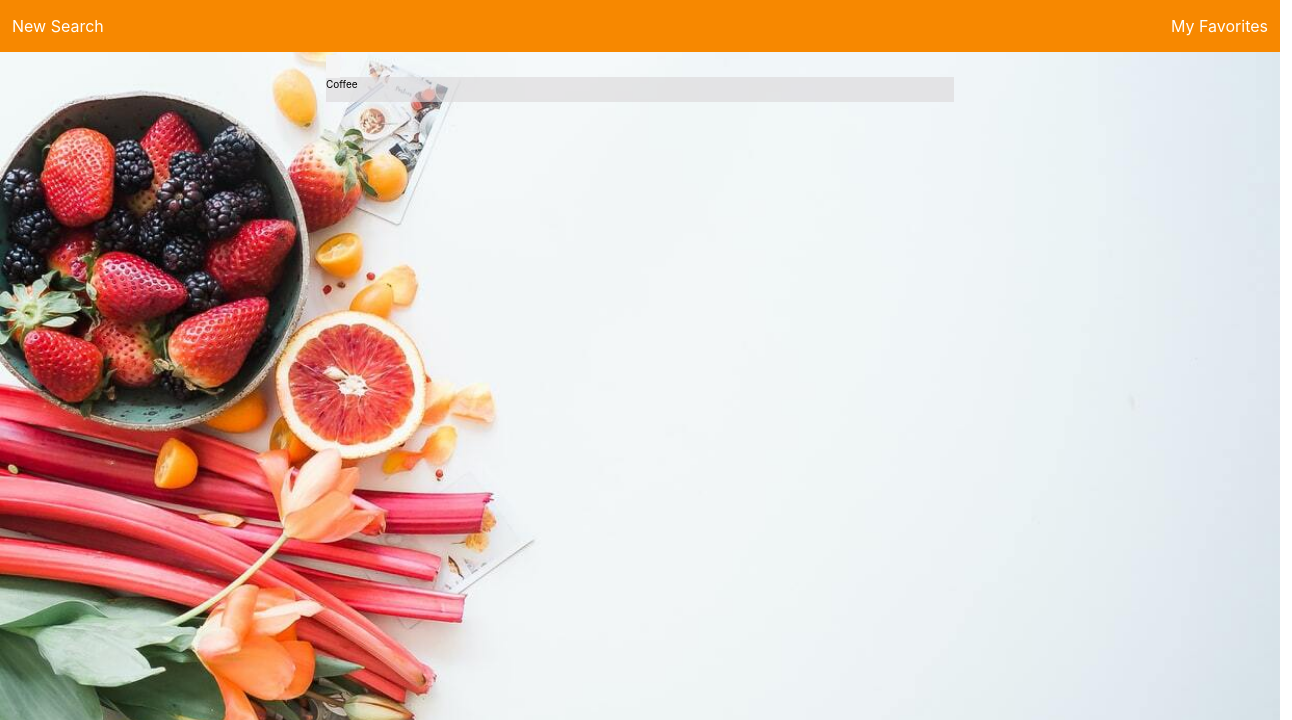
Repository: puakehaulani/the-hungry-app-proj1
Page: results.html
These files come from the project's save history. The page is drawn as it stood at one moment and after the next save; the edit follows.
The browser window is 1280 px wide. The page is 1292 px wide, so the pictures cover 1292 px, including what lies to the right of the window. The pictures show the whole page.

Above is the page before, as saved 2020-10-15 20:23:40.

### results.html
<!DOCTYPE html>
<html lang="en">

<head>
    <meta charset="UTF-8">
    <meta name="viewport" content="width=device-width, initial-scale=1.0">
    <title>Hungry app</title>
    <link rel="stylesheet" href="https://cdn.jsdelivr.net/npm/bulma@0.9.1/css/bulma.min.css">
    <link rel="stylesheet" href="./assets/style/style.css">
    <meta name="viewport" content="width=device-width, initial-scale=1">
</head>

<body>
  <nav class="navbar" role="navigation" aria-label="main navigation">
    <div class="navbar-menu">
        <div class="navbar-item">
            <a href="index.html">New Search</a>
        </div>
    </div>

    <div class="navbar-end">
        <div class="navbar-item">
            <a href="favorites.html">My Favorites </a>
        </div>

    </div>
</nav>
      <body>

        <div class="columns is-mobile is-centered">
            <div class="column is-half">
              <p class="bd-notification is-primary">
                <code class="html"></code><br>
          <ul id="display">
          <li>Coffee</li>
          </ul>
        </div>
        </p>
            </div>
            </div>

</body>

</html>

### assets/style/style.css

html{
    background-image: url(images/foodOnSIde.jpg);
    background-size: cover;
    background-repeat: no-repeat;
}

.navbar{
    background-color: #F78800;
}

.navbar-item{
    color: white;
}

.navbar-item a{
    color: white;
}

.button{
    background-color: #f78800;
    color: white;
}

#ingredientSearch{
    display: inline-block;
}

th{
    background-color: #f78800;
    color: white !important;
}

/* Elements that only exist on results html*/

#favRecipes{
    min-height: 300px;
    color: black;
    background-color: white;
    border-style: solid;
    border-width: 2px;
    border-radius: 15px;
    border-color: #F78800;
}

#favRecipes h1{
    background-color: #F78800;
    font-size: 2rem;
    color: white;
    border-radius: 10px;
}

#favJokes{
    min-height: 300px;
    color: black;
    background-color: white;
    border-style: solid;
    border-width: 2px;
    border-radius: 15px;
    border-color: #F78800;
}

#favJokes h1{
    background-color: #F78800;
    font-size: 2rem;
    color: white;
    border-radius: 10px;


}
  #display { background-color:rgba(219, 215, 217, 0.60);
            font-size: 10px;
            color: #000000;
            min-height: 25px;
}

After the next save:
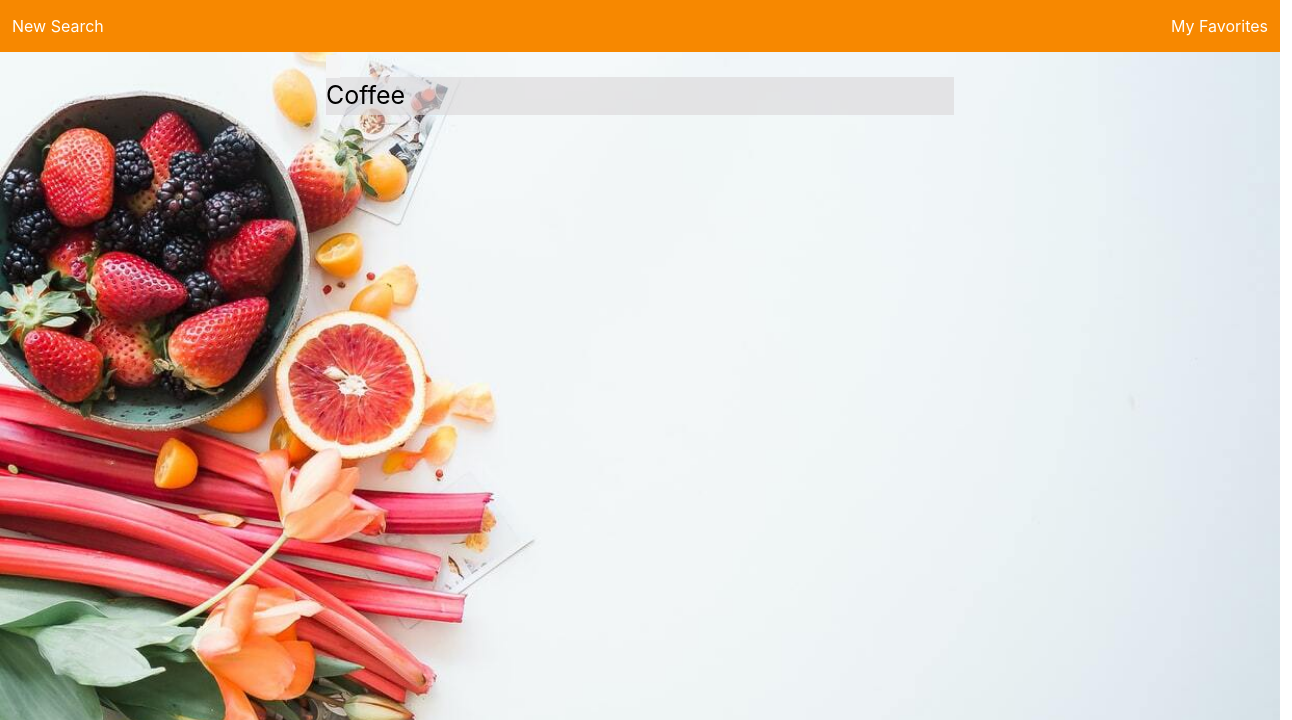
Saved 24 s later.
--- a/assets/style/style.css
+++ b/assets/style/style.css
@@ -69,7 +69,7 @@ th{
 
 }
   #display { background-color:rgba(219, 215, 217, 0.60);
-            font-size: 10px;
+            font-size: 25px;
             color: #000000;
             min-height: 25px;
 }
